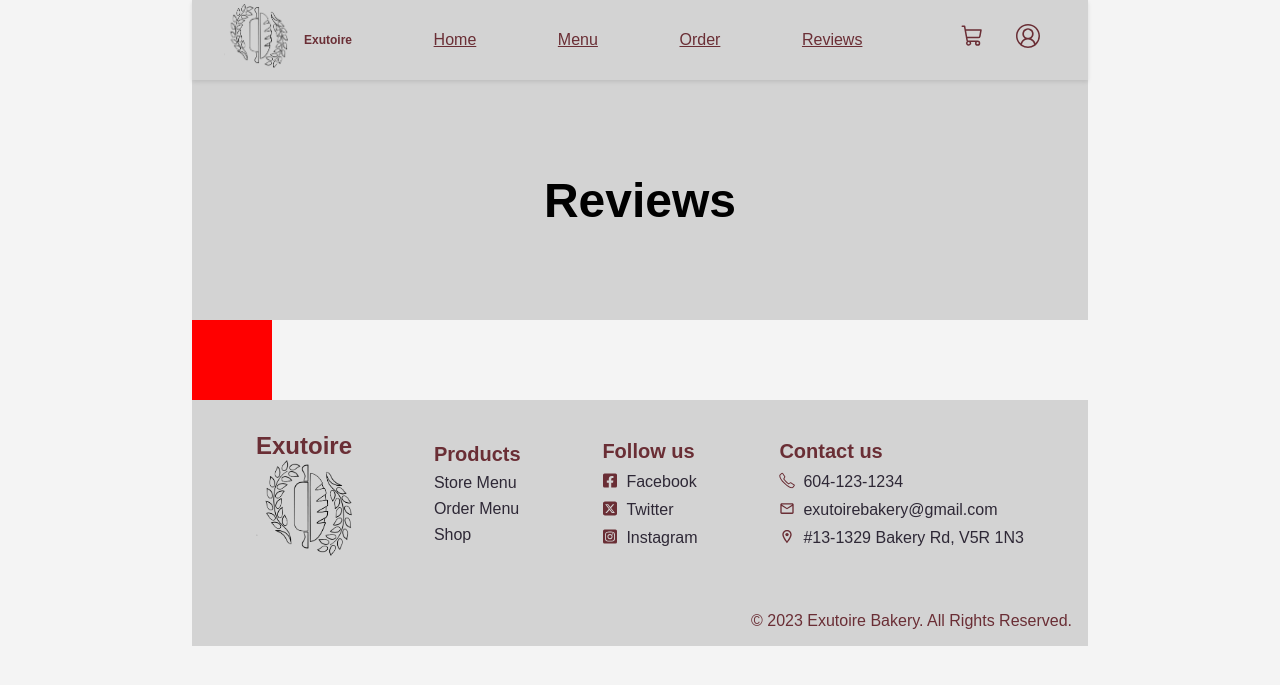
Repository: MelissaJacobi/COMP3170-final-proj
Page: /Reviews
The author's editor kept a copy of each file at every save. The page is drawn from the files as they stood at one save, then again after the next save.
The browser window is 1280 px wide. The pictures show the whole page.
The project was rebuilt for these pictures with package versions that can differ from the ones it lists, and the page was loaded fresh each time. Also part of the build but not shown: vite.config.js, src/pages/ShoppingCart.module.css, src/components/ShoppingCartCard.module.css, src/components/ShoppingCartCard.jsx, src/components/OrderTotal.jsx, src/pages/ShoppingCart.jsx, src/pages/Profile.module.css, src/pages/Profile.jsx and 32 more.

Above is the page before, as saved 2024-10-19 19:04:04.

After the next save:
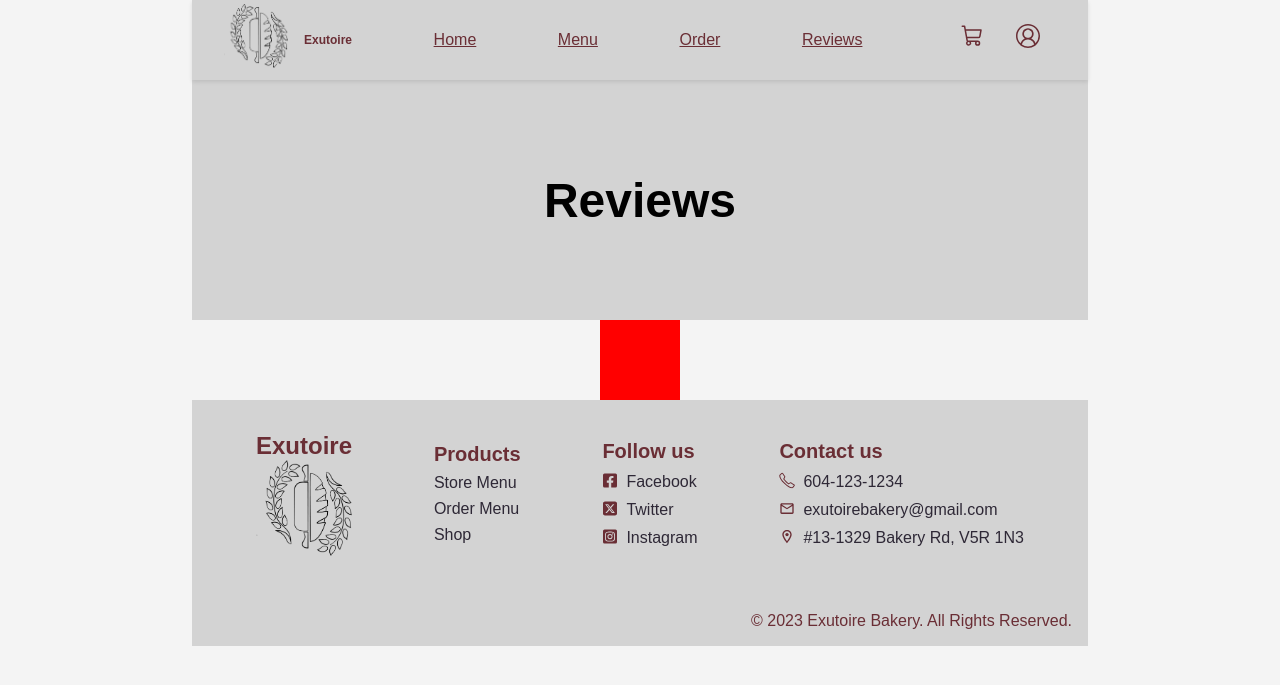
Saved 15 s later.
--- a/src/pages/Reviews.module.css
+++ b/src/pages/Reviews.module.css
@@ -21,4 +21,6 @@
 .reviews {
     width: 100%;
     display: flex;
+    justify-content: center;
+    flex-wrap: wrap;
 }
